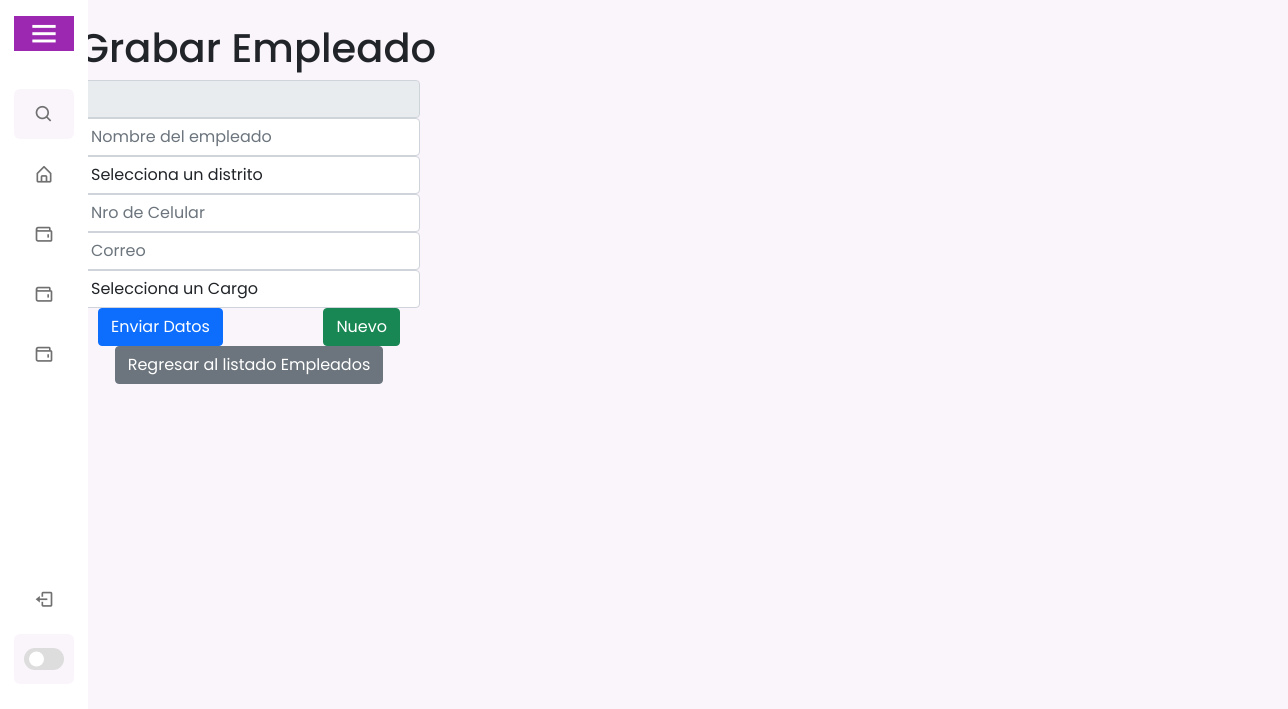
Repository: JersonRLP/ProyectoWebJSP
Page: http://localhost/CineHome/FrmRegistrarEmpleado.jsp
An editor plug-in stored every save of this project. The page is shown before and after the next save, followed by the edit.
The browser window is 1280 px wide. The page is 1288 px wide, so the pictures cover 1288 px, including what lies to the right of the window. The pictures show the whole page.
Some web libraries are served in a nearby version. The page is served by Tomcat 9. Other server files are loaded and not shown. The template is opened directly, without the code that normally fills it, so the values that code supplies are empty.

Above is the page before, as saved 2024-10-31 16:36:38.
Console error: TypeError: Cannot read properties of undefined (reading 'fn')

### CineHome/WebContent/FrmRegistrarEmpleado.jsp
<%@ include file="MenuPrincipal.jsp" %>
<%@ page language="java" contentType="text/html; charset=UTF-8"
    pageEncoding="UTF-8"%>
<!DOCTYPE html PUBLIC "-//W3C//DTD HTML 4.01 Transitional//EN" "http://www.w3.org/TR/html4/loose.dtd">
<html>
<head>
<meta http-equiv="Content-Type" content="text/html; charset=ISO-8859-1">
<title>Registrar Empleado</title>
 <!-- para bootstrap -->
<link href="https://cdn.jsdelivr.net/npm/bootstrap@5.0.2/dist/css/bootstrap.min.css" rel="stylesheet">
<script src="https://cdn.jsdelivr.net/npm/popper.js@1.12.9/dist/umd/popper.min.js"></script>
<script src="https://cdn.jsdelivr.net/npm/bootstrap@4.0.0/dist/js/bootstrap.min.js"></script>


</head>
<body>
<section class="home">
<di class="container">
<h1>Grabar Empleado</h1>
<form action="ControladorEmpleado" method="post">
<table align="center" style="text-align: center">
<tr>
<td><input type="text" name="codigoemp" id="codigoemp" class="form-control" value="${newcodigo}" readonly requerid></td>
</tr>
<tr>
<td><input type="text"  name="nomemp" class="form-control" placeholder="Nombre del empleado"></td>
</tr>
<tr>
    <td>
        <select name="distrito" class="form-control">
            <option value="">Selecciona un distrito</option>
            <option value="Surco">Surco</option>
            <option value="La Molina">La Molina</option>
            <option value="San Juan de Lurigancho">San Juan de Lurigancho</option>
             <option value="Independencia">Independencia</option>
         <option value="Comas">Comas</option>
         <option value="El Agustino">El Agustino</option>
         <option value="MiraFlores">MiraFlores</option>
        </select>
    </td>
</tr>

<tr>
<td><input type="text" name="numero" class="form-control" placeholder ="Nro de Celular"></td>
</tr>
<tr>
<td><input type="text" name="correo" class="form-control" placeholder = "Correo"></td>
</tr>
<tr>
<td>
<select name="cargo" class="form-control">
            <option value="">Selecciona un Cargo</option>
            <option value="Cajero">Cajero</option>
            <option value="Administrador">Administrador</option>

</td>
</tr>
<div>
<tr style="Display:flex;justify-content: space-between;">
<td colspan="2" style="margin-left: 20px;">
<input type="submit" value="Enviar Datos" class="btn btn-primary input-margin"></td>
<td style="margin-right: 20px;">
<a href="ControladorEmpleado?accion=NuevoEmp" class="btn btn-success input-margin">Nuevo</a>
</td>

</tr>

<tr>
<td>
<a href="ControladorEmpleado?accion=Listado" class="btn btn-secondary a-margin">Regresar al listado Empleados</a>
</td>
</tr>

</table>
</form>
</di>
</section>
</body>
</html>

### CineHome/WebContent/MenuPrincipal.jsp
<%@ page language="java" contentType="text/html; charset=UTF-8"
    pageEncoding="UTF-8"%>
<!DOCTYPE html>
<html>
<head>
<meta http-equiv="Content-Type" content="text/html; charset=ISO-8859-1">
<title>Cine Home</title>

<link rel="stylesheet" href="Estilos/EstilosMenu.css">
<link href='https://unpkg.com/boxicons@2.1.4/css/boxicons.min.css' rel='stylesheet'>

</head>

<body>

<nav class="sidebar close">

<header>

<div class="text logo">

<span class="name">MENU</span>


</div>
<i class="bx bx-menu toggle"></i>


</header>


<div class="menu-bar">

<div class="menu">

	<li class="search-box">
	<i class="bx bx-search icon"></i>
	<input type="text" placeholder="Buscar...">

	</li>

	<ul class="menu-links">
		<li class="nav">
		<a href="ControladorPelicula?action=ListadoPelicula">
			<i class="bx bx-home-alt icon"></i>
			<span class="text nav-text">Venta de Entrada</span>
		</a>
		</li>
		<li >
		<a href="ControladorPelicula?action=Listar" class="nav">
			<i class="bx bx-wallet icon"></i>
			<span class="text nav-text">Peliculas</span>
		</a>
		</li>
		<li>
		<a href="ControladorDetalleBoleta?accion=Listado">
			<i class="bx bx-wallet icon"></i>
			<span class="text nav-text">Reportes</span>
		</a>
		</li>
		<li class="nav">

		<a href="#" id="mantenimiento-link" onclick="toggleSubMenu()">
			<i class="bx bx-wallet icon"></i>
			<span class="text nav-text">Mantenimiento</span>
			<i class='bx bx-chevron-down arrow'></i>
		</a>


		<ul class="sub-menu" id="sub-menu">
		<li class="nav"><a href="ControladorEmpleado?accion=NuevoEmp" class="menu-link">
			<span class="text nav-text">Empleados</span>
		</a>
		</li>
		<li class="nav"><a href="ControladorUsuario?accion=Listado" class="menu-link">
		<span class="text nav-text">Login</span>
		</a>
		</li>
		<li class="nav"><a href="FrmRegistrarPelicula.jsp"  class="menu-link">
		<span class="text nav-text">Peliculas</span>
		</a>
		</li>
		</ul >

		</li>
	</ul>

</div>

<div class="botton-content">
<li class="">
<a href="#">
	<i class="bx bx-log-out icon"></i>
	<span class="text nav-text">Salir</span>
</a>
</li>

<li class="mode">
	<div class="sun-moon">
	<i class="bx bx-moon icon"></i>
	<i class="bx bx-sun icon"></i>
	</div>
	<span class="mode-text text">Modo Oscuro</span>
	<div class="toggle-switch">
	<span class="switch"></span>
	</div>
</li>

</div>


</div>



</nav>

<script src="js/codigo.js"></script>


</body>

</html>

### CineHome/WebContent/Estilos/EstilosMenu.css
@import url('https://fonts.googleapis.com/css2?family=Poppins:wght@300;400;500;600;700&display=swap');
*{
	margin:0;
	padding:0;
	box-sizing: border-box;

	font-family: 'Poppins', sans-serif;

}

:root{
	--body-color:#9B27B00D;
	--sidebar-color:#FFFFFF;
	--primary-color:#9C27B0;
	--primary-color-light:#9B27B00D;
	--toggle-color:#DDDDDD;
	--text-color:#707070;

	--tran-03:all 0.2s ease;
	--tran-04:all 0.3s ease;
	--tran-05:all 0.4s ease;
}

body{
	min-height:100vh;
	background-color:var(--body-color);
	transition:var(--tran-05);

}

::selection{
	background-color:var(--primary-color);
	color: #FFFFFF;
}
body.dark{
	--body-color:#18191A;
	--sidebar-color:#242526;
	--primary-color-light:#3A3B3C;
	--toggle-color:#FFFFFF;
	--text-color:#CCCCCC;

}

.sidebar {
	position: fixed;
	top:0;
	left:0;
	height:100%;
	width: 250px;
	padding: 10px 14px;
	background:var(--sidebar-color);
	transition:var(--tran-05);
	z-index:100;
}

.sidebar.close{
	width:88px;
}

.sidebar li{
	height:50px;
	list-style: none;
	display: flex;
	align-items:center;
	margin-top:10px;

}


.sidebar header .image,
.sidebar .icon{
	min-width:60px;
	border-radius:6px;

}

.sidebar .icon{
	min-width:60px;
	border-radius:6px;
	height:100%;
	display:flex;
	align-items:center;
	justify-content:center;
	font-size:20px;
}

.sidebar .text,
.sidebar .icon {
	color: var(--text-color);
	transition:var(--tran-03);
}

.sidebar .text{
	font-size:17px;
	font-weight: 500;
	white-space:nowrap;
	opacity: 1;

}

.sidebar.close .text{
	opacity:0;
}

.sidebar header{
	position: relative;
}

.sidebar header .logo{
	display:flex;
	flex-direction:column;


}
.name{
	margin-top: 2px;
	font-size: 18px;
	font-weight:600;

}
.sidebar header .image {
	display:flex;
	align-items:center;
	justify-content: center;
}
.sidebar header .image img{
	width:40px;
	border-radius:6px;
}

.sidebar header .toggle{
	position : absolute;
	top: 20%;
	right: 0px;
	height: 35px;
	width :35px;
	background-color: var(--primary-color);
	color : var(--sidebar-color);
	display:flex;
	align-items:center;
	justify-content:center;
	font-size:35px;
	cursor:pointer;
	transition: var(--tran-05);

}

body.dark .sidebar header .toggle{
	color: var(--text-color);

}

.sidebar.close .toggle{
	width:100%;
	top:20%;

}

.sidebar .menu{
	margin-top:40px;
}

.sidebar li.search-box{
	border-radius:6px;
	background-color:var(--primary-color-light);
	cursor:pointer;
	transition:var(--tran-05);
}

sidebar li.search-box input{
	height:100%;
	width:100%;
	outline:none;
	border:none;
	background-color:var(--primary-color-light);
	color:var(--text-color);
	border-radius:6px;
	font-size:17px;
	font-weight:500;
	transition:var(--tran-05);
}

.sidebar li a{
	list-style:none;
	height:100%;
	background-color:transparent;
	display:flex;
	align-items: center;
	height:100%;
	width: 100%;
	border-radius:6px;
	text-decoration:none;
	transition:  var(--tran-03);
}

.sidebar li a:hover{
	background-color:var(--primary-color);
}

.sidebar li a:hover .icon,
.sidebar li a:hover .text{
	color: var(--sidebar-color);
}

body.dark .sidebar li a:hover .icon,
body.dark .sidebar li a:hover .text{
	color: var(--text-color);
}


.sidebar .menu-bar{
	height:calc(100% - 55px);
	display:flex;
	flex-direction: column;
	justify-content:space-between;
	overflow-y:scroll;

}

.menu-bar::-webkit-scrollbar{
	display:none;
}

.sidebar .menu-bar .mode{
	border-radius:6px;
	background-color:var(--primary-color-light);
	position:relative;
	transition:var(--tran-05);

}

.menu-bar .mode .sun-moon{
	height:50px;
	width:60px;

}


.mode .sun-moon i {
	position:absolite;
}
.mode .sun-moon i.sun{
	opacity:0;

}

body.dark .mode .sun-moon i.sun{
	opacity:1;
}

body.dark .mode .sun-moon i.moon{
	opacity:0;
}

.menu-bar .botton-content .toggle-switch{
	position:absolute;
	right:0;
	height: 100%;
	min-width:60px;
	display:flex;
	align-items:center;
	justify-content:center;
	border-radius:6px;
	cursor:pointer;
}

.toggle-switch .switch{
	position: relative;
	height:22px;
	width:40px;
	border-radius:25px;
	background-color:var(--toggle-color);
	transition:var(--tran-05);

}

.switch::before{
	content:'';
	position:absolute;
	height:15px;
	width:15px;
	border-radius: 50%;
	top:50%;
	left:5px;
	transform: translateY(-50%);
	background-color:var(--sidebar-color);
	transition:var(--tran-04);
}

body.dark .switch::before{
	left:20px;

}

.home{
	position: absolute;
	margin-bottom: 50px;
	left: 250px;
	height: 100vh;
	width: calc(100% - 250px);
	background-color: var(--body-color);
	transition:var(--tran-05);
}
.home .text{
	font-size: 30px;
	font-weight:500;
	color:var(--text-color);
	padding:12px 60px;
}

.sidebar.close ~.home{
	left:78px;
	height: 100vh;
	width: calc(100% - 70px);
}

body.dark .home .text{
	color:var(--text-color);
}




.menu-links {
  list-style: none;
  padding: 0;
  margin: 0;
}

.nav {
  position: relative;
}

.sub-menu {
  display: none;
  list-style: none;
  padding: 0;
  margin: 0;
  position: absolute;
  top: 100%;
  left: 0;
  padding: 10px;
  border-radius: 4px;
  box-shadow: 0 2px 5px rgba(0, 0, 0, 0.2);
  z-index: 1;
  opacity: 0;
  transition: opacity 0.3s ease, height 0.3s ease; /* Agregado */
  height: 0; /* Agregado */
  overflow: hidden; /* Agregado */
}

.sub-menu.show {
  display: block;
  opacity: 1;
  height: auto;


}

.sub-menu.show li{

	height:auto;
	width:200px;
	line-height: 40px;

}



.sub-menu li {
  position: relative;
  list-style: none;
  transition: all 0.4s ease;


}

.sub-menu a {
  display: block;
  padding: 5px 10px;
  text-decoration: none;

}

.nav:hover .sub-menu {
  display: block;
}

### CineHome/WebContent/js/codigo.js

const body = document.querySelector('body'),
	  sidebar = body.querySelector('nav'),
	  toggle= body.querySelector(".toggle"),
	  searchBtn = body.querySelector(".search-box"),
	  modeSwitch = body.querySelector(".toggle-switch"),
	  modeText = body.querySelector(".mode-text");

// para listar el sub-menu
const mantenimientoLink = document.getElementById('mantenimiento-link');
const subMenu = document.querySelector('.sub-menu');




function toggleSubMenu() {
	  var subMenu = document.getElementById("sub-menu");
	  subMenu.classList.toggle("show");
	}




toggle.addEventListener("click",() =>{
	sidebar.classList.toggle("close");
});


searchBtn.addEventListener("click", () => {
	sidebar.classList.remove("close");
});

modeSwitch.addEventListener("click", () => {
	body.classList.toggle("dark");
	if(body.classList.contains("dark")){
		modeText.innerText = "Light mode"
	}else{
		modeText.innerText="Dark mode"
	}
});

### CineHome/WebContent/Estilos/registroemp.css
  .container {
    display: flex;
    flex-direction: column;
    align-items: center;
    justify-content: center;
    height: 100vh; /* Esto centra verticalmente en la ventana del navegador */
  }

  form {
    text-align: center;
  }
   .input-margin {
    margin-top: 10px; /* Aplica margen superior a los elementos input */
  }

  .a-margin {
    margin-top: 10px; /* Aplica margen superior a la etiqueta <a> */
  }

After the next save:
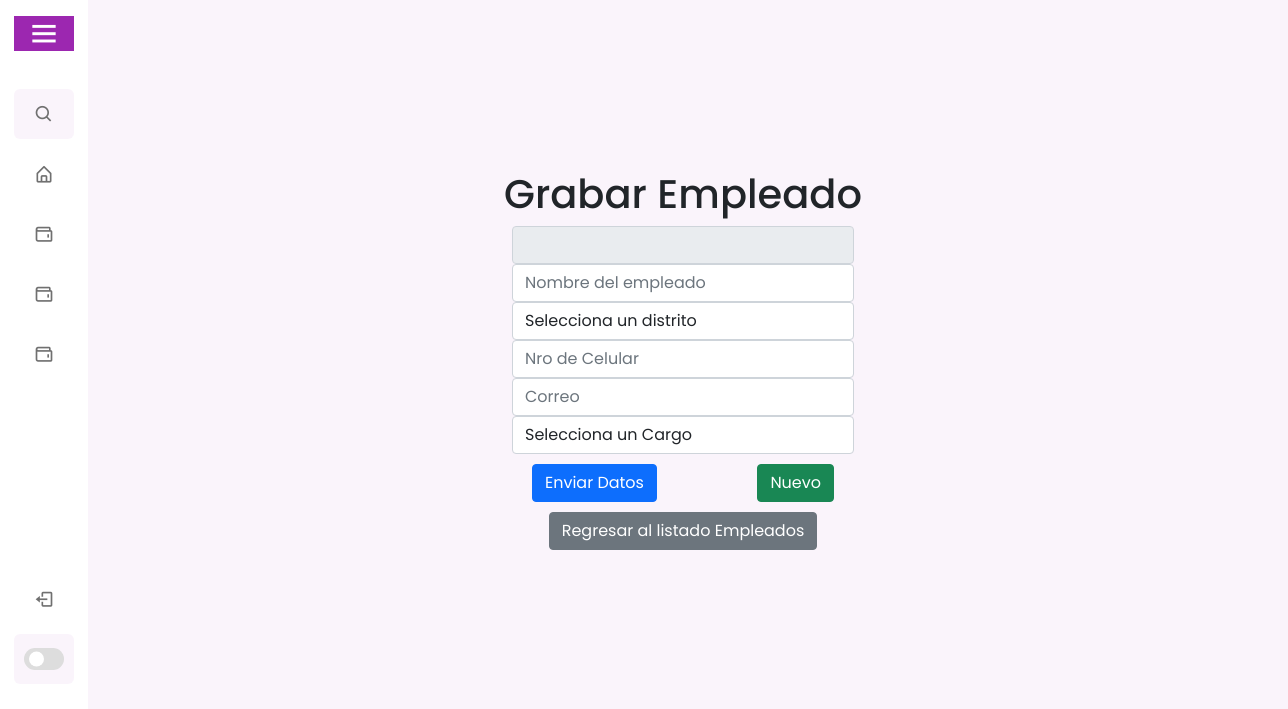
Saved 48 s later.
--- a/CineHome/WebContent/FrmRegistrarEmpleado.jsp
+++ b/CineHome/WebContent/FrmRegistrarEmpleado.jsp
@@ -10,7 +10,7 @@
 <link href="https://cdn.jsdelivr.net/npm/bootstrap@5.0.2/dist/css/bootstrap.min.css" rel="stylesheet">
 <script src="https://cdn.jsdelivr.net/npm/popper.js@1.12.9/dist/umd/popper.min.js"></script>
 <script src="https://cdn.jsdelivr.net/npm/bootstrap@4.0.0/dist/js/bootstrap.min.js"></script>
-
+<link rel="stylesheet" href="Estilos/registroemp.css">
 
 </head>
 <body>
